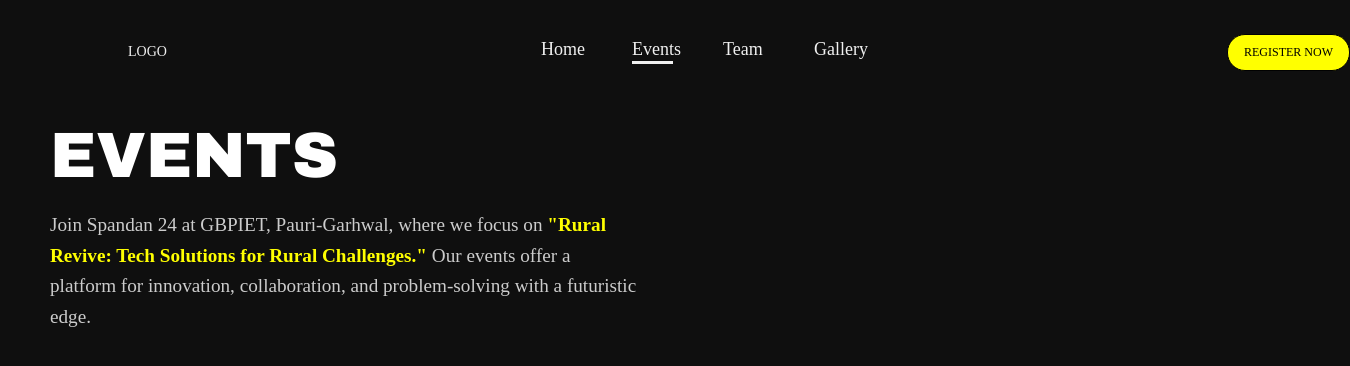
Repository: s4bbi/spandan-3.0
Page: /Events
The author's editor kept a copy of each file at every save. The page is drawn from the files as they stood at one save, then again after the next save.
The browser window is 1280 px wide. The page is 1350 px wide, so the pictures cover 1350 px, including what lies to the right of the window. The pictures show the whole page.
The project was rebuilt for these pictures with package versions that can differ from the ones it lists, and the page was loaded fresh each time. Also part of the build but not shown: vite.config.js, src/pages/Home/Home.jsx.

Above is the page before, as saved 2024-11-02 02:06:13.

After the next save:
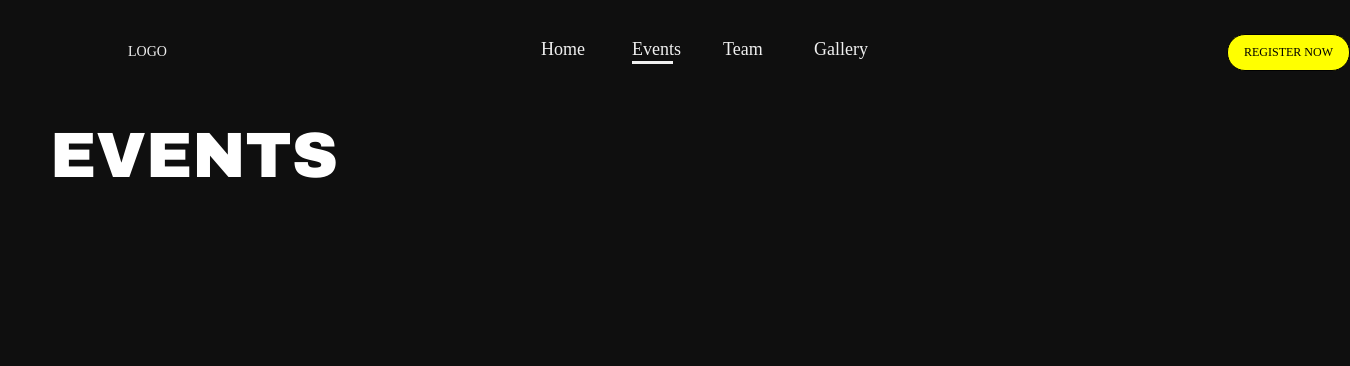
Saved 91 s later.
--- a/src/components/HeroSection/HeroSection.jsx
+++ b/src/components/HeroSection/HeroSection.jsx
@@ -10,9 +10,9 @@
       <section className="hero">
       <div className="hero-text">
         <h1 className="hero-title">EVENTS</h1>
-        <p className="hero-description">
+        {/* <p className="hero-description">
           Join Spandan 24 at GBPIET, Pauri-Garhwal, where we focus on <span className="highlight">"Rural Revive: Tech Solutions for Rural Challenges."</span> Our events offer a platform for innovation, collaboration, and problem-solving with a futuristic edge.
-        </p>
+        </p> */}
       </div>
       {/* <img src={roboticHandImage} alt="Robotic Hand" className="hero-image" /> */}
     </section>

After the 6 saves that followed:
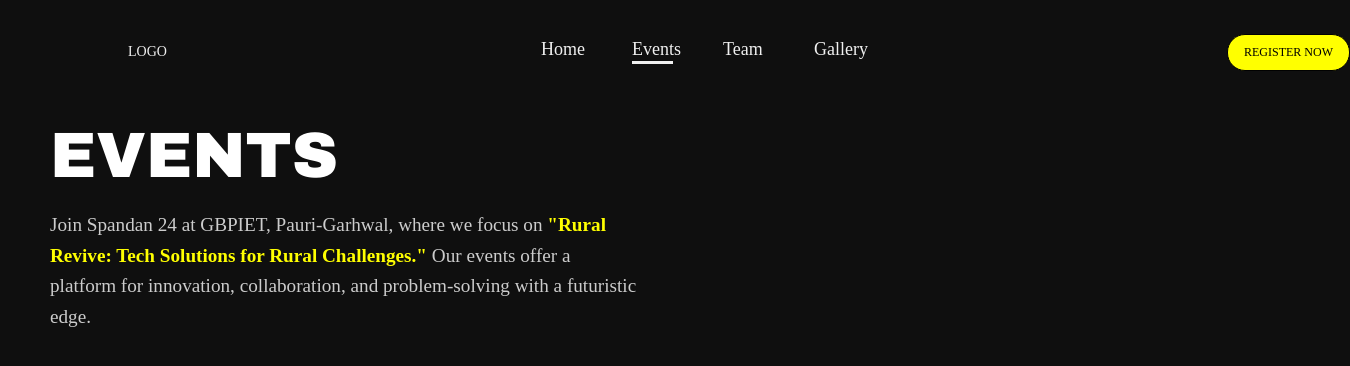
The 6 saves are shown as one change because 2 did not build or start and 1 left the picture as it was and some came seconds apart.
The last was saved 69 s later.
--- a/src/components/HeroSection/HeroSection.jsx
+++ b/src/components/HeroSection/HeroSection.jsx
@@ -10,9 +10,9 @@
       <section className="hero">
       <div className="hero-text">
         <h1 className="hero-title">EVENTS</h1>
-        {/* <p className="hero-description">
+        { <p className="hero-description">
           Join Spandan 24 at GBPIET, Pauri-Garhwal, where we focus on <span className="highlight">"Rural Revive: Tech Solutions for Rural Challenges."</span> Our events offer a platform for innovation, collaboration, and problem-solving with a futuristic edge.
-        </p> */}
+        </p> }
       </div>
       {/* <img src={roboticHandImage} alt="Robotic Hand" className="hero-image" /> */}
     </section>
